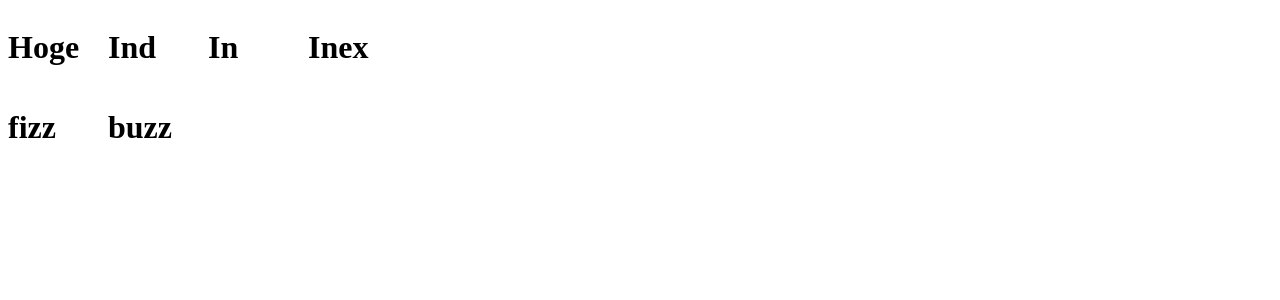
Repository: koukoukou2020/sumurai_HTML-CSS
Page: float01.html
The author's editor kept a record of every edit. The page is drawn from the files as they stood at one moment, then again after the next edit.
The browser window is 1280 px wide. The pictures show the whole page.

Above is the page before.

After the next edit:
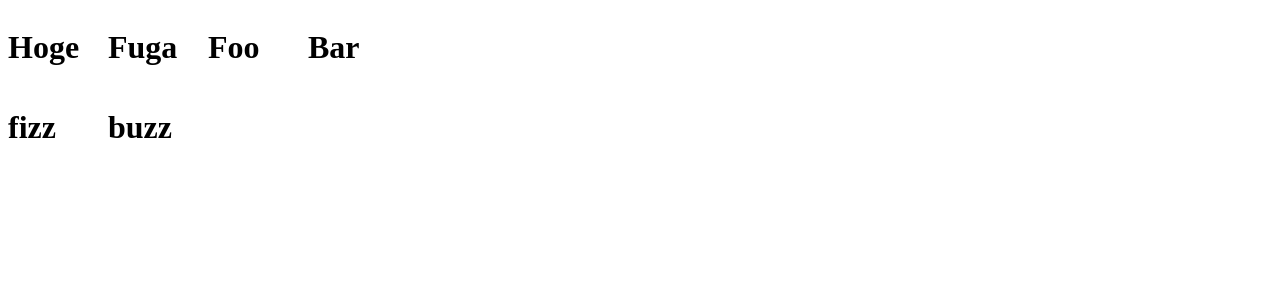
The edit:
--- a/float01.html
+++ b/float01.html
@@ -11,9 +11,9 @@
     <body>
         <div id="grid">
             <h1>Hoge</h1>
-            <h1>Ind</h1>
-            <h1>In</h1>
-            <h1>Inex</h1>
+            <h1>Fuga</h1>
+            <h1>Foo</h1>
+            <h1>Bar</h1>
             <h1>fizz</h1>
             <h1>buzz</h1>
         </div>
